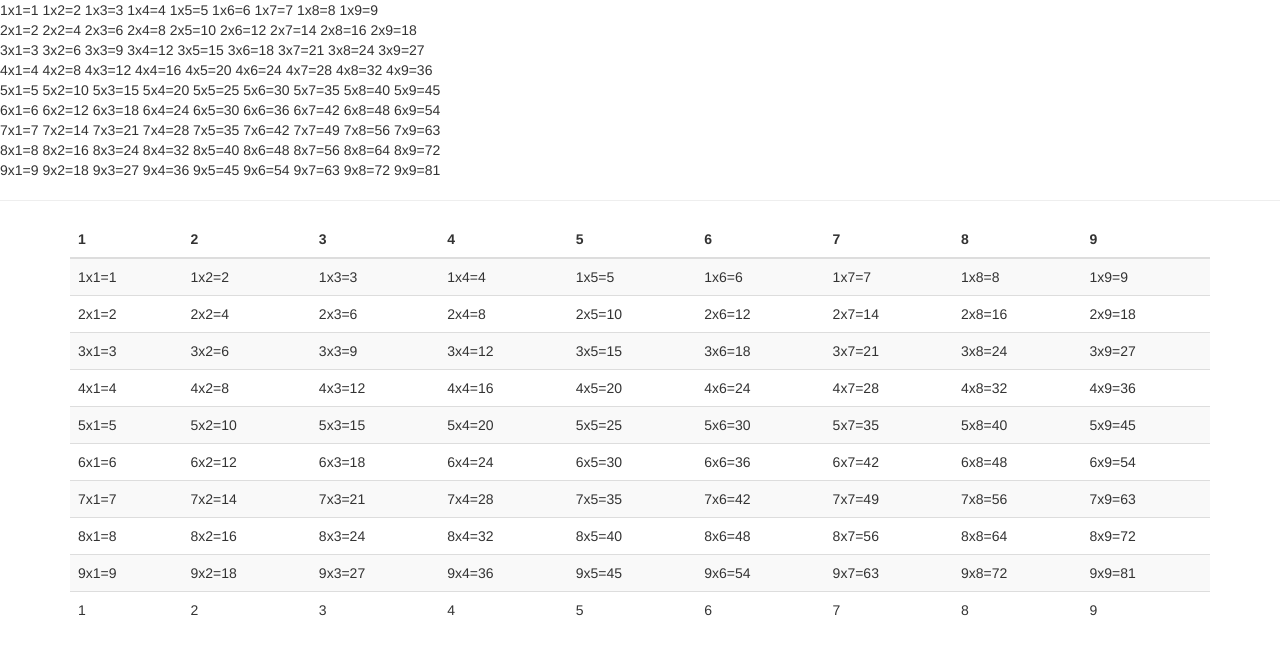
Repository: SongSooJin/JSP
Page: http://localhost/5-jsp-basic/example5/gugudan.jsp
An editor plug-in stored every save of this project. The page is shown before and after the next save, followed by the edit.
The browser window is 1280 px wide. The pictures show the whole page.
The page is served by Tomcat 9. Other server files are loaded and not shown.

Above is the page before, as saved 2018-10-08 05:35:01.

### 5-jsp-basic/WebContent/example5/gugudan.jsp
<%@ page language="java" contentType="text/html; charset=UTF-8"
	pageEncoding="UTF-8"%>
<!DOCTYPE html>
<html>
<head>
<meta charset="UTF-8">
<title>Insert title here</title>
<meta name="viewport" content="width=device-width, initial-scale=1">
  <link rel="stylesheet" href="https://maxcdn.bootstrapcdn.com/bootstrap/3.3.7/css/bootstrap.min.css">
  <script src="https://ajax.googleapis.com/ajax/libs/jquery/3.3.1/jquery.min.js"></script>
  <script src="https://maxcdn.bootstrapcdn.com/bootstrap/3.3.7/js/bootstrap.min.js"></script>

</head>
<body>

	<%
		for (int i = 1; i <= 9; i++) {
			for (int j = 1; j <= 9; j++) {
				out.print(i + "x" + j + "=" + (i * j) + " ");
			}
			out.print("<br>");
		}
	%>
	<hr>
	<div class="container">
	<table class="table table-striped">
		<thead>
			<tr>
				<th>1</th>
				<th>2</th>
				<th>3</th>
				<th>4</th>
				<th>5</th>
				<th>6</th>
				<th>7</th>
				<th>8</th>
				<th>9</th>
			</tr>
		</thead>

		<tbody>
		<%
			for (int i = 1; i <= 9; i++) { // 행
				out.print("<tr>");
				for (int j = 1; j <= 9; j++) { // 열
					out.print("<td>");
					out.print(i + "x" + j + "=" + (i * j));
					out.print("</td>");
				}

				out.print("</tr>");
			}
		%>
			<tr>
				<td>1</td>
				<td>2</td>
				<td>3</td>
				<td>4</td>
				<td>5</td>
				<td>6</td>
				<td>7</td>
				<td>8</td>
				<td>9</td>
			</tr>
		</tbody>
	</table>
		</div>

</body>
</html>

After the next save:
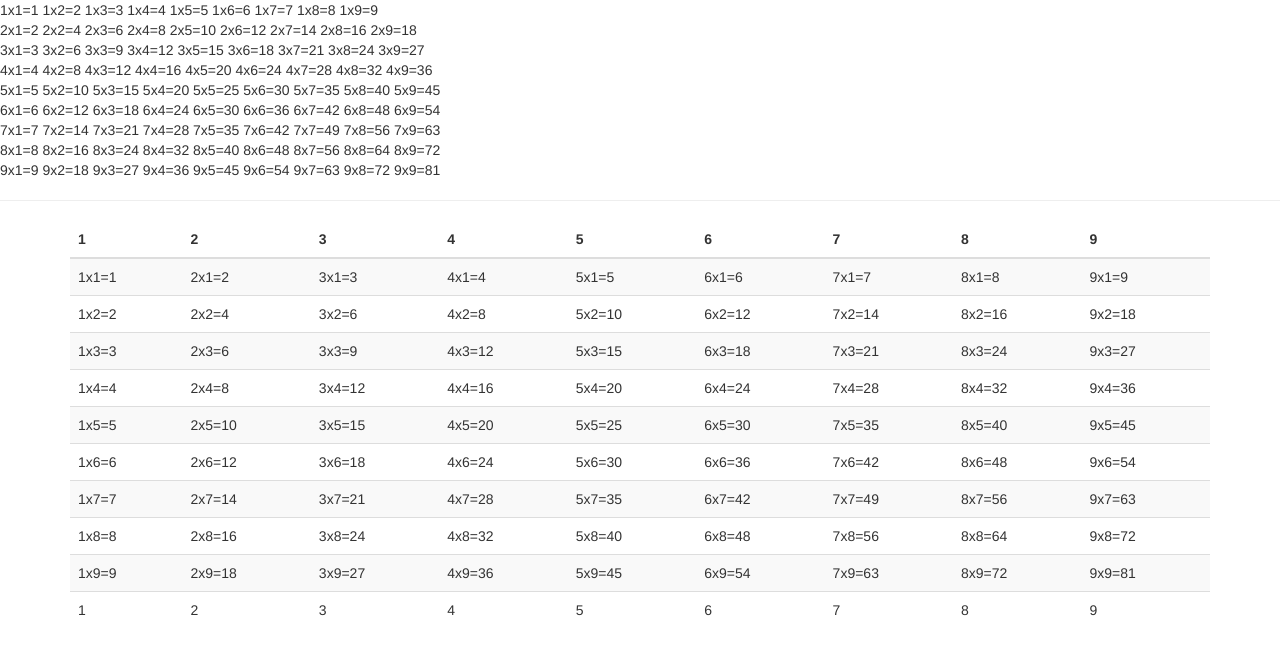
Saved 31 s later.
--- a/5-jsp-basic/WebContent/example5/gugudan.jsp
+++ b/5-jsp-basic/WebContent/example5/gugudan.jsp
@@ -44,7 +44,7 @@
 				out.print("<tr>");
 				for (int j = 1; j <= 9; j++) { // 열
 					out.print("<td>");
-					out.print(i + "x" + j + "=" + (i * j));
+					out.print(j + "x" + i + "=" + (i * j));
 					out.print("</td>");
 				}
 
